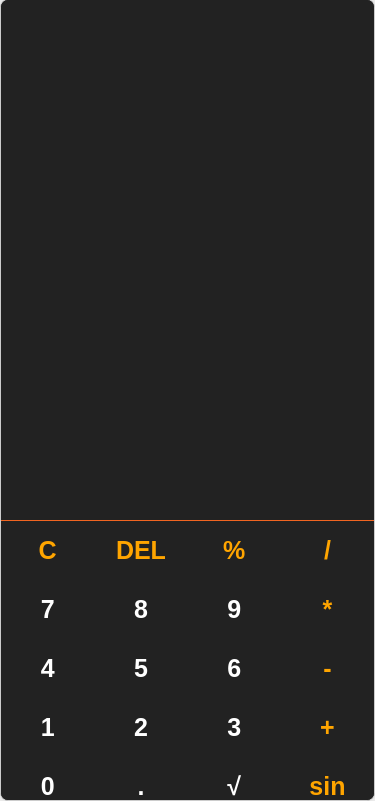
Repository: JuliusMonday/myCalculator
Page: index.html
These files come from the project's save history. The page is drawn as it stood at one moment and after the next save; the edit follows.
The browser window is 375 px wide. The pictures show the whole page.

Above is the page before, as saved 2024-05-31 09:24:30.

### index.html
<!DOCTYPE html>
<html lang="en">
<head>
    <meta charset="UTF-8">
    <meta name="viewport" content="width=device-width, initial-scale=1.0">
    <title>JuliusCalc - Scientific Calculator</title>
    <link rel="stylesheet" href="styles.css">
</head>
<body>
    <div class="calculator">
        <div class="display">
            <input type="text" id="result" disabled>
        </div>
        <div class="buttons">
            <button onclick="clearDisplay()" class="oranges">C</button>
            <button onclick="deleteChar()" class="oranges">DEL</button>
            <button onclick="appendChar('%')" class="oranges">%</button>
            <button onclick="appendChar('/')" class="oranges">/</button>

            <button onclick="appendChar('7')">7</button>
            <button onclick="appendChar('8')">8</button>
            <button onclick="appendChar('9')">9</button>
            <button onclick="appendChar('*')" class="oranges">*</button>

            <button onclick="appendChar('4')">4</button>
            <button onclick="appendChar('5')">5</button>
            <button onclick="appendChar('6')">6</button>
            <button onclick="appendChar('-')" class="oranges">-</button>

            <button onclick="appendChar('1')">1</button>
            <button onclick="appendChar('2')">2</button>
            <button onclick="appendChar('3')">3</button>
            <button onclick="appendChar('+')" class="oranges">+</button>

            <button onclick="appendChar('0')">0</button>
            <button onclick="appendChar('.')">.</button>
            <button onclick="appendChar('Math.sqrt(')">√</button>

            <button onclick="appendChar('Math.sin(')" class="oranges">sin</button>
            <button onclick="appendChar('Math.cos(')" class="oranges">cos</button>
            <button onclick="appendChar('Math.log(')">log</button>
            <button onclick="calculate()" class="equals">=</button>
        </div>
        <marquee><p><b>JuliusCalc||</b> <em>Created by Julius</em></p></marquee>
    </div>
    <script src="index.js"></script>
</body>
</html>

### styles.css
body {
    display: flex;
    justify-content: center;
    align-items: center;
    height: 100vh;
    background-color: #f0f0f0;
    font-family: 'Arial', sans-serif;
    margin: 0;
}

.calculator {
    width: 300px;
    border: 1px solid #ccc;
    border-radius: 8px;
    overflow: hidden;
    box-shadow: 0 0 10px rgba(0, 0, 0, 0.1);
    background-color: #ffffff;
}

.display {
    background-color: #222;
    color: #fff;
    padding: 0;
    font-size: 24px;
    position: relative;
    height: 60px;
    display: flex;
    align-items: flex-end;
    padding-right: 10px;
}

.display input {
    width: 100%;
    border: none;
    background: none;
    color: #fff;
    text-align: right;
    font-size: 24px;
    padding: 0;
    box-sizing: border-box;
    line-height: 60px;
    height: 60px;
}

.buttons {
    display: grid;
    grid-template-columns: repeat(4, 1fr);
}

button {
    padding: 20px;
    font-size: 18px;
    border: 1px solid #ccc;
    background-color: #fff;
    cursor: pointer;
    transition: background-color 0.2s;
}

/* button:hover {
    background-color: #f0f0f0;
} */

/* button:active {
    background-color: #ddd;
    color:#222;
} */

/* Responsive Design */
@media (max-width: 600px) {
    .calculator {
        width: 100%;
        height: 100%;
        border-radius: 5;
        background-color:#222;
    }
    .display {
        padding: 10px;
        font-size: 20px;
        height: 500px;
        border-bottom: 1px solid #F16521 ;
    }
    button {
        padding: 15px;
        font-size: 25px;
        background-color:#222;
        color: #fff;
        border: none;
        font-weight: bold;

    }
    .oranges{
        color:#FFA500;
    }
    .equals{
        background-color:#FFA500;
        border:none;
        border-radius: 50%;
    }

    p{
        color:#FFA500;
    }
}

### index.js
let display = document.getElementById('result');

function clearDisplay() {
    display.value = '';
}

function deleteChar() {
    display.value = display.value.slice(0, -1);
}

function appendChar(char) {
    display.value += char;
}

function calculate() {
    try {
        display.value = eval(display.value);
    } catch (e) {
        display.value = 'Error';
    }
}

// Updated percentage handling
function calculatePercentage() {
    try {
        // Evaluate the current expression
        let currentExpression = eval(display.value);
        // Divide by 100 to get the percentage value
        display.value = currentExpression / 100;
    } catch (e) {
        display.value = 'Error';
    }
}

// Update the appendChar function for %
function appendChar(char) {
    if (char === '%') {
        calculatePercentage();
    } else {
        display.value += char;
    }
}

After the next save:
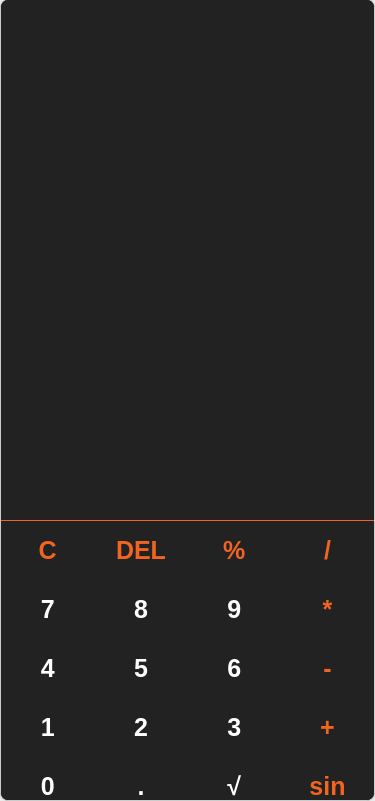
Saved 6 s later.
--- a/styles.css
+++ b/styles.css
@@ -89,7 +89,7 @@ button {
 
     }
     .oranges{
-        color:#FFA500;
+        color:#F16521;
     }
     .equals{
         background-color:#FFA500;
